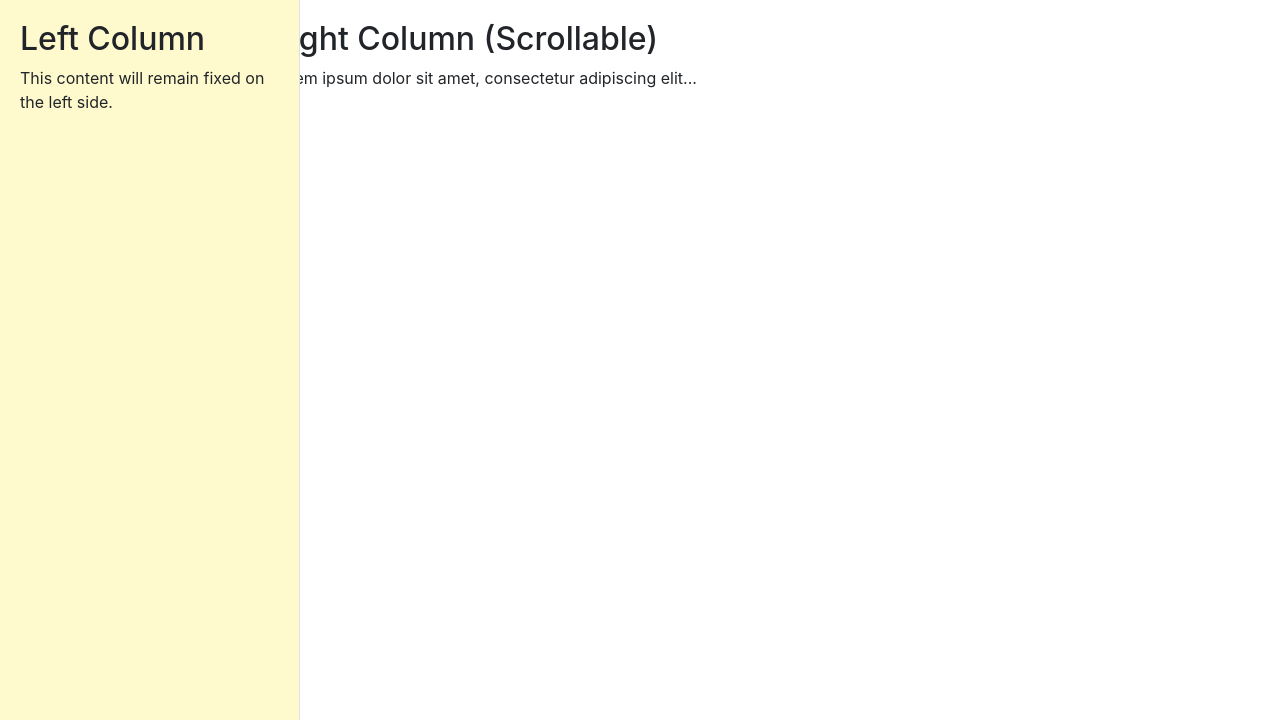
Repository: oliviahsia/FinalProject
Page: src/main/webapp/WEB-INF/main.html
These files come from the project's save history. The page is drawn as it stood at one moment and after the next save; the edit follows.
The browser window is 1280 px wide. The pictures show the whole page.
Some web libraries are served in a nearby version.

Above is the page before, as saved 2024-03-08 11:53:05.

After the next save:
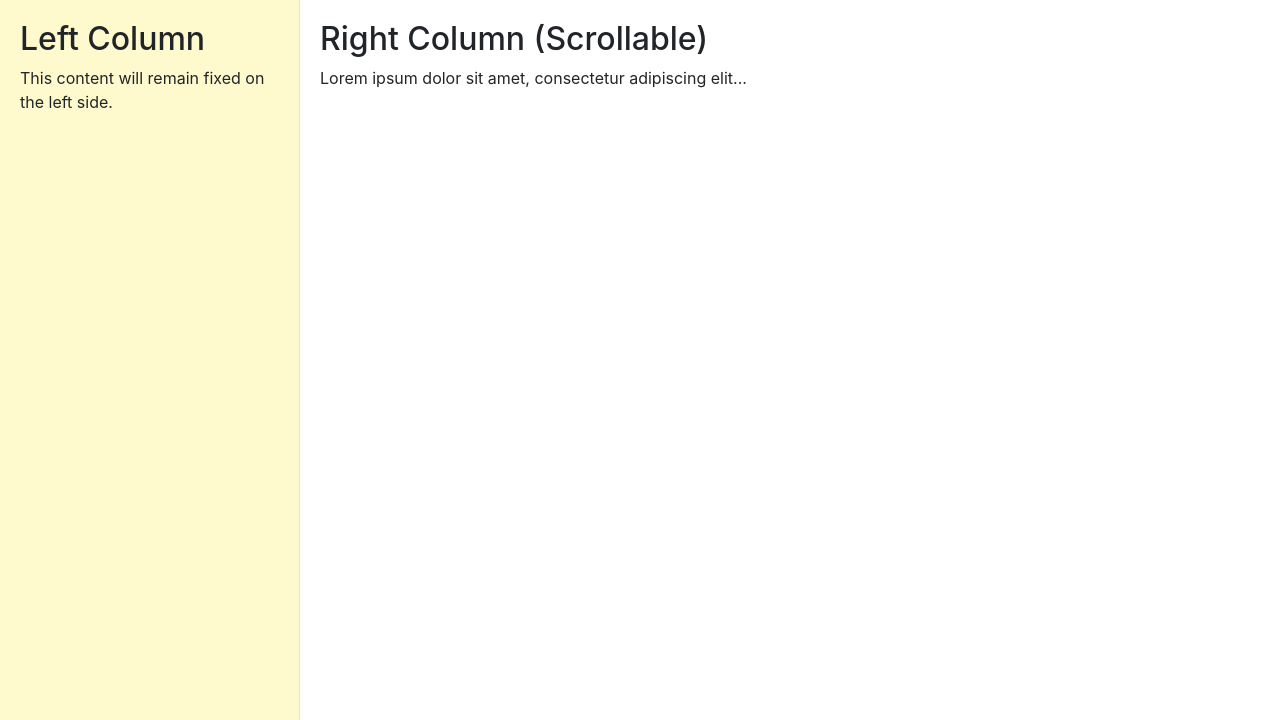
Saved 50 s later.
--- a/src/main/webapp/WEB-INF/main.html
+++ b/src/main/webapp/WEB-INF/main.html
@@ -34,7 +34,7 @@
     }
 
     .scrollable-right {
-      margin-left: 250px;
+      margin-left: 300px;
       /* Same as the width of the left column */
       padding: 20px;
       height: 100%;
